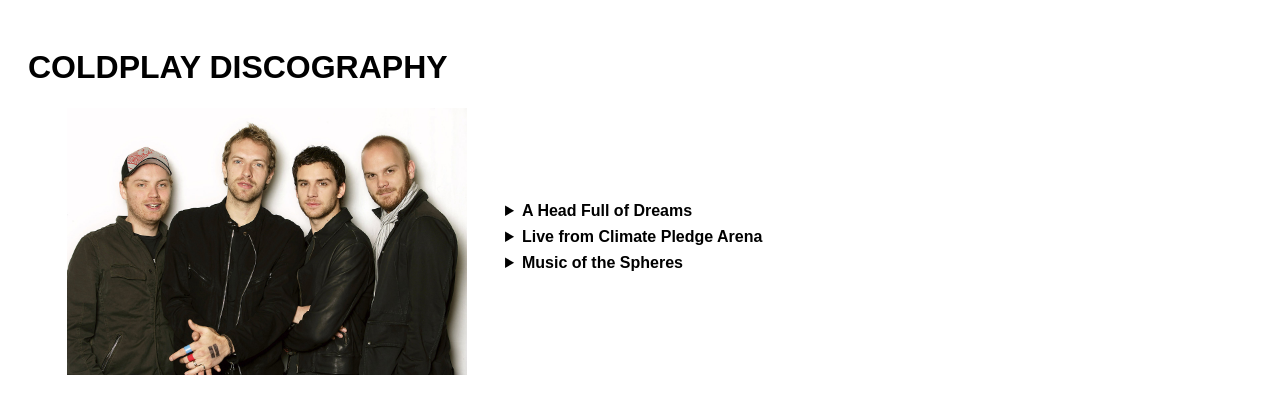
Repository: MelissaJacobi/Frontend-lab-1
Page: /
These files come from the project's save history. The page is drawn as it stood at one moment and after the next save; the edit follows.
The browser window is 1280 px wide. The pictures show the whole page.
The project was rebuilt for these pictures with package versions that can differ from the ones it lists, and the page was loaded fresh each time. Also part of the build but not shown: vite.config.js.

Above is the page before, as saved 2024-09-14 16:31:12.

### src/App.jsx
import React from 'react';
import './index.css';

function App() {
  return (
    <div className="app">
      <h1>COLDPLAY DISCOGRAPHY</h1>
      <div className='content'>
        <img className="band-img" src="/public/Coldplay-All-Members.jpg" alt="coldplay members"></img>
        <div className='accordion-container'>
          <div>
            <details className="accordion">
            <summary className='accordion-header'>A Head Full of Dreams</summary>
              <p>A Head Full of Dreams</p>
              <p>Birds</p>
              <p>Hymn For the Weekend</p>
              <p>Everglow</p>
              <p>Adventure of a Lifetime</p>
              <p>Fun</p>
              <p>keleidoscope</p>
              <p>Army of One</p>
              <p>Amazing day</p>
              <p>Color Spectrum</p>
              <p>Up&Up</p>
              <p>Something just like this</p>
            </details>
            <details className="accordion">
              <summary className='accordion-header'>Live from Climate Pledge Arena</summary>
                <p>Viva la Vida</p>
                <p>Human Heart</p>
                <p>People of Pride</p>
                <p>Fix you</p>
            </details>
            <details className="accordion">
              <summary className='accordion-header'>Music of the Spheres</summary>
                <p>Music of the Spheres</p>
                <p>Higher power</p>
                <p>Humankind</p>
                <p>Alien Choir</p>
                <p>Let somebody go</p>
                <p>Biutyful</p>
                <p>my universe</p>
                <p>infinity sign</p>
                <p>Coloratura</p>
                <p>higher power</p>
                <p>My Universe</p>
            </details>
          </div>

        </div>

      </div>
    </div>
  );
}

export default App;

### src/index.css
.app {
  font-family: sans-serif;
  padding: 20px;
}

.accordion {
  width: 100%;
  max-width: 600px;
  margin: 0 auto;
}

.band-img {
  width: 400px;
  height: 100%;
  margin: 0 auto;
}

.accordion-item {
  margin-bottom: 10px;
}

.accordion-header {
  font-weight: bold;
  margin: -0.5em -0.5em 0;
  padding: 0.5em;
}

.accordion-content {
  padding: 10px;
  background-color: #fff;
}

.accordion-header:hover {
  background-color: #e0e0e0;
}
.content {
  display: flex;
  width: 60%;
}
.accordion-container {
  display: flex;
  align-items: center;
}

Loaded but not shown: index.html (common file); src/main.jsx (common file)

After the next save:
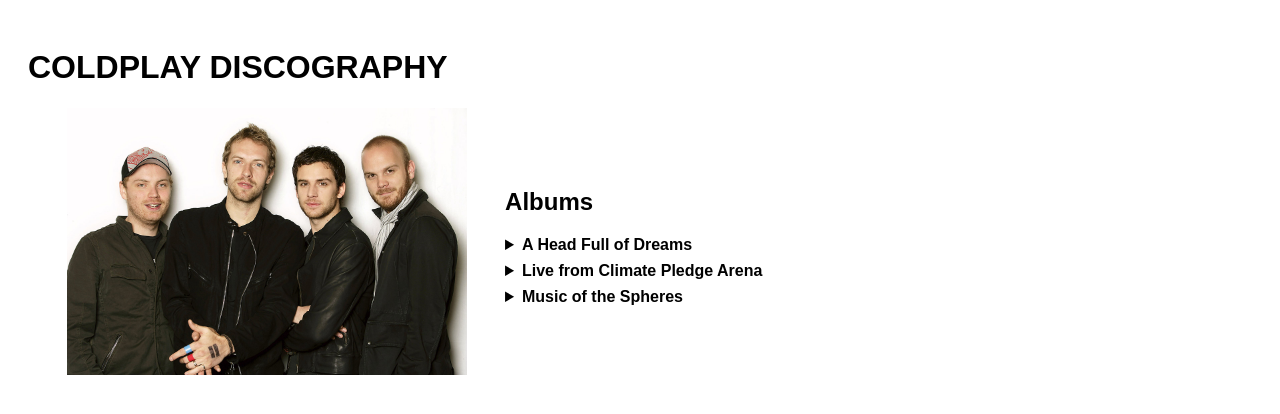
Saved 66 s later.
--- a/src/App.jsx
+++ b/src/App.jsx
@@ -9,6 +9,7 @@
         <img className="band-img" src="/public/Coldplay-All-Members.jpg" alt="coldplay members"></img>
         <div className='accordion-container'>
           <div>
+            <h2>Albums</h2>
             <details className="accordion">
             <summary className='accordion-header'>A Head Full of Dreams</summary>
               <p>A Head Full of Dreams</p>
